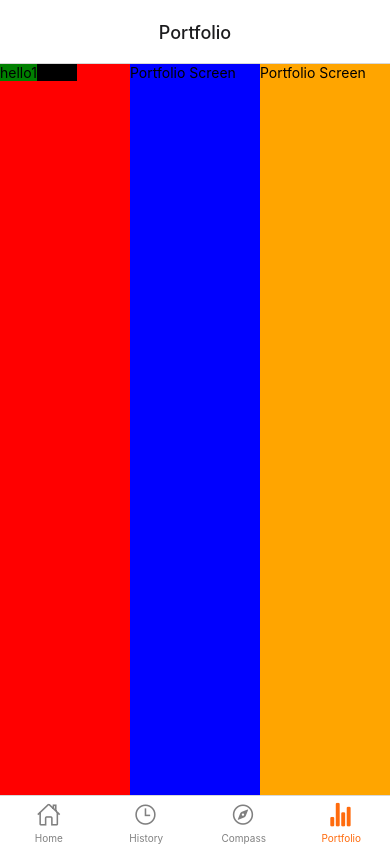
Repository: duongnoob23/WIND_SPEED_IOT
Screen: /Portfolio
These files come from the project's save history. The screen is drawn as it stood at one moment and after the next save; the edit follows.
The app was drawn by React Native's web renderer in a window 390 px wide. The project was rebuilt for these pictures with package versions that can differ from the ones it lists, and the page was loaded fresh each time. Also part of the build but not shown: src/page/screens/HomeScreen.js, src/page/screens/ExpensesScreen.js.

Above is the screen before, as saved 2025-03-11 14:39:24.

After the next save:
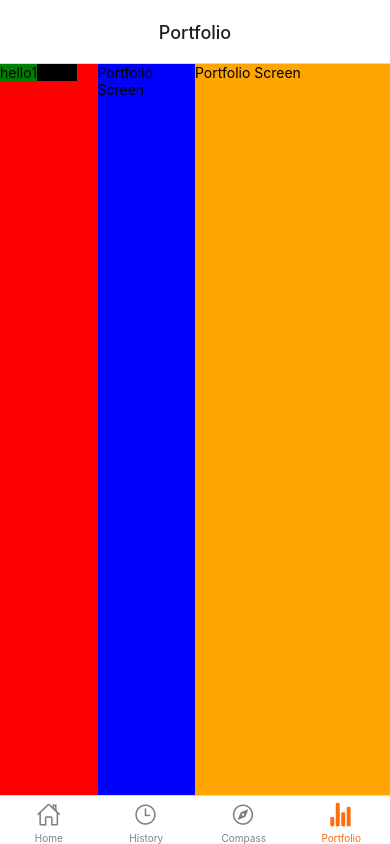
Saved 13 s later.
--- a/src/page/screens/PortfolioScreen.js
+++ b/src/page/screens/PortfolioScreen.js
@@ -45,7 +45,7 @@
   },
   box3: {
     width: "100%",
-    flex: 1,
+    flex: 2,
     backgroundColor: "orange",
   },
 });

After the save that followed:
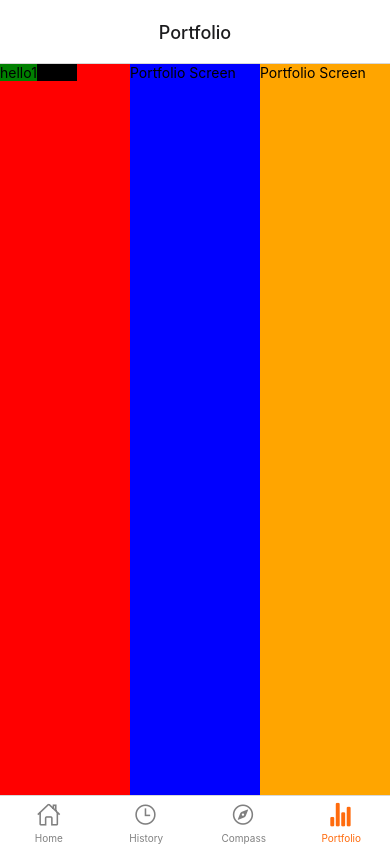
Saved 4 s later.
--- a/src/page/screens/PortfolioScreen.js
+++ b/src/page/screens/PortfolioScreen.js
@@ -45,7 +45,7 @@
   },
   box3: {
     width: "100%",
-    flex: 2,
+    flex: 1,
     backgroundColor: "orange",
   },
 });
